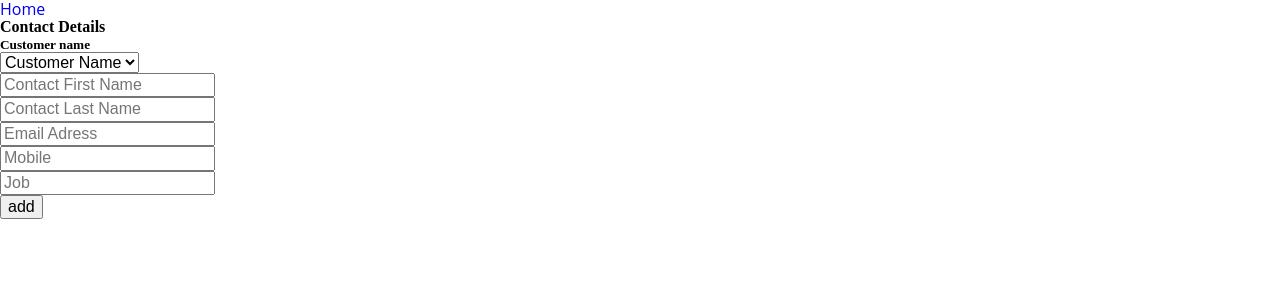
Repository: karthik-H/vms
Page: http://localhost/vms/contact-add.jsp
The author's editor kept a copy of each file at every save. The page is drawn from the files as they stood at one save, then again after the next save.
The browser window is 1280 px wide. The pictures show the whole page.
The page is served by Tomcat 9. Queries for data that is not in the repository find no rows.

Above is the page before, as saved 2019-01-26 11:52:52.

After the next save:
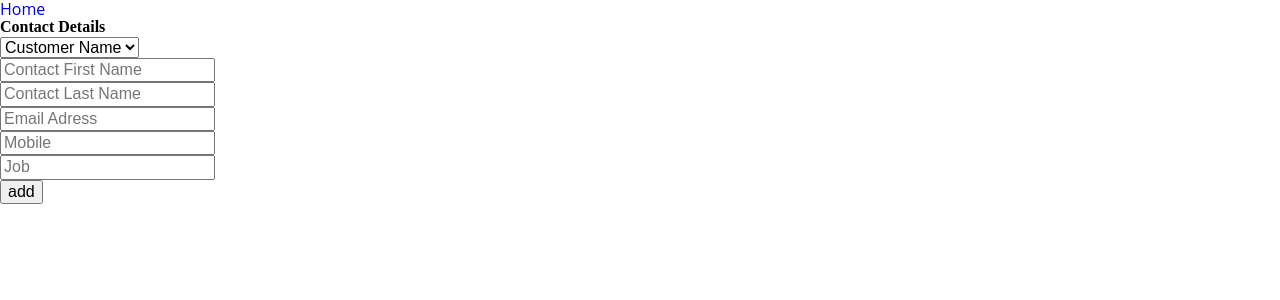
Saved 8 s later.
--- a/Vehicle/vms/src/main/webapp/contact-add.jsp
+++ b/Vehicle/vms/src/main/webapp/contact-add.jsp
@@ -18,7 +18,7 @@
     <div class="row">
       <h4>Contact Details</h4>
  <div class="input-group input-group-icon">
- 		<h5>Customer name</h5>
+
 	   <select name="customerId"><%=mybean1.populateCustomer() %></select>
       </div>
       <div class="input-group input-group-icon">
